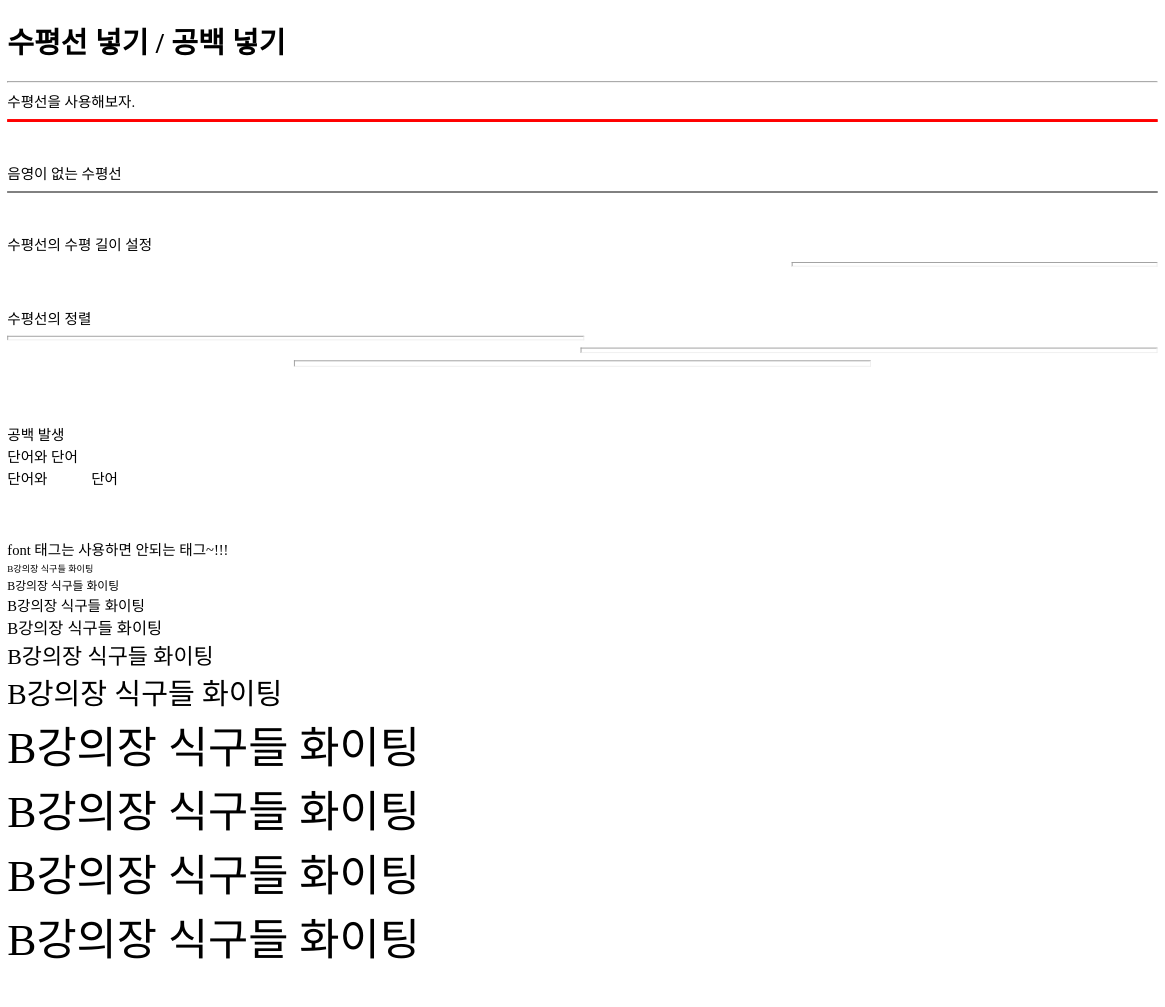
Repository: jp0301/WebStudy
Page: WebApp01/WebContent/Test006.html
These files come from the project's save history. The page is drawn as it stood at one moment and after the next save; the edit follows.
The browser window is 1280 px wide. The pictures show the whole page, at 91% of full size.

Above is the page before, as saved 2022-09-27 00:32:21.

### WebApp01/WebContent/Test006.html
<!DOCTYPE html>
<html>
<head>
<meta charset="UTF-8">
<title>Test006.html</title>
</head>
<body>

	<div>
		<h1>수평선 넣기 / 공백 넣기</h1>
		<hr>
	</div>

	<div>
		수평선을 사용해보자.
		<hr size ="3" align="left" color="red">
		<br><br>

		음영이 없는 수평선
		<hr size="2" noshade="noshade">
		<br><br>

		수평선의 수평 길이 설정
		<hr size="5" width="400" align="right">
		<br><br>

		수평선의 정렬
		<hr size="5" width="50%" align="left">
		<hr size="6" width="50%" align="right">
		<hr size="7" width="50%" align="center">
		<br><br>
	</div>
	<br>

	<div>
		공백 발생<br>
		단어와                                       단어<br>
		단어와&nbsp;&nbsp;&nbsp;&nbsp;&nbsp;&nbsp;&nbsp;&nbsp;&nbsp;&nbsp;&nbsp;&nbsp;단어<br>
		<br><br>
	</div>
	<br>

	<div>
		font 태그는 사용하면 안되는 태그~!!!<br>
		<font size="1">B강의장 식구들 화이팅</font><br>
		<font size="2">B강의장 식구들 화이팅</font><br>
		<font size="3">B강의장 식구들 화이팅</font><br>
		<font size="4">B강의장 식구들 화이팅</font><br>
		<font size="5">B강의장 식구들 화이팅</font><br>
		<font size="6">B강의장 식구들 화이팅</font><br>
		<font size="7">B강의장 식구들 화이팅</font><br>
		<font size="8">B강의장 식구들 화이팅</font><br>
		<font size="9">B강의장 식구들 화이팅</font><br>
		<font size="10">B강의장 식구들 화이팅</font><br>
		<br><br>



	</div>



</body>
</html>

After the next save:
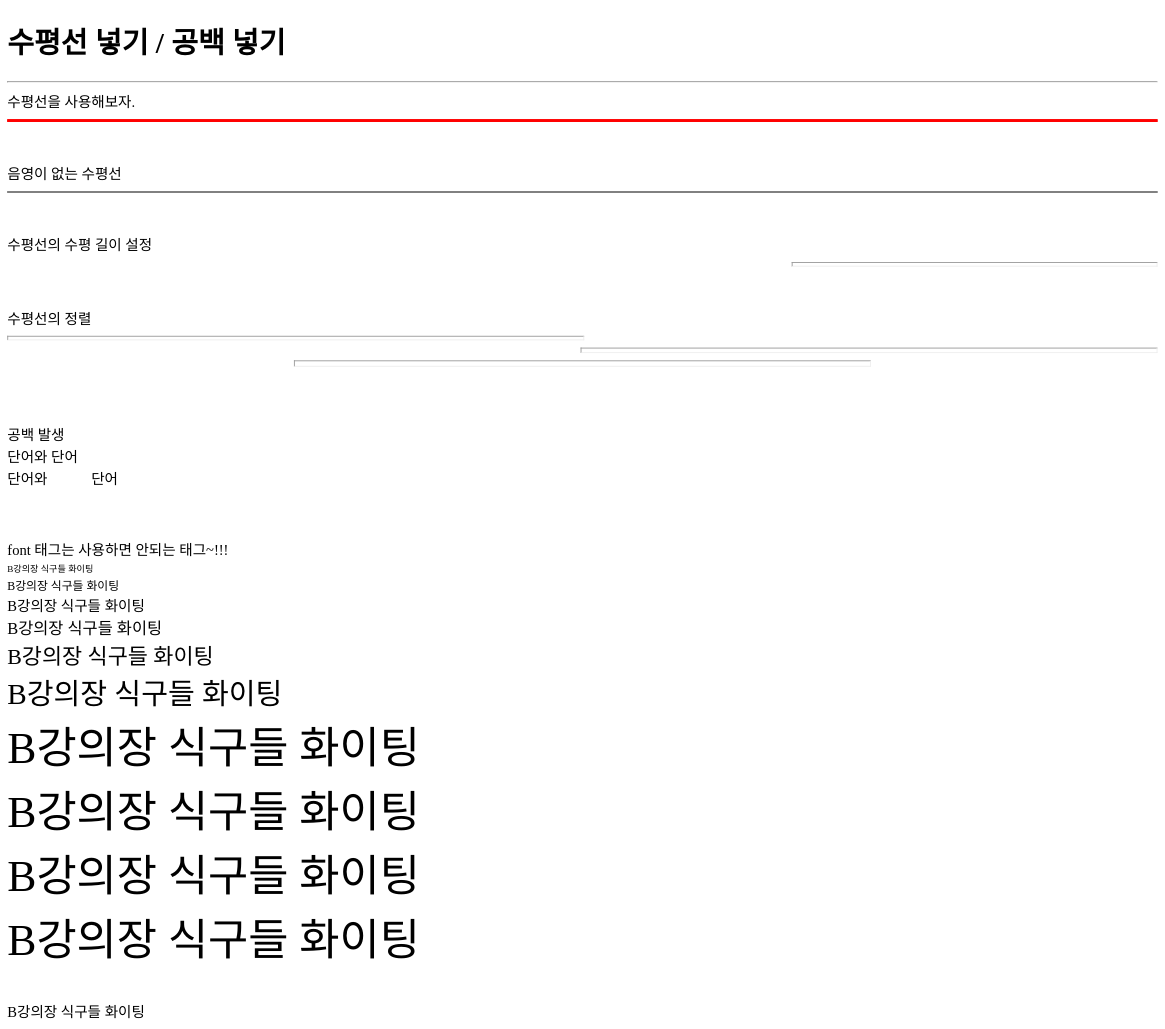
Saved 3 min 40 s later.
--- a/WebApp01/WebContent/Test006.html
+++ b/WebApp01/WebContent/Test006.html
@@ -49,12 +49,13 @@
 		<font size="5">B강의장 식구들 화이팅</font><br>
 		<font size="6">B강의장 식구들 화이팅</font><br>
 		<font size="7">B강의장 식구들 화이팅</font><br>
+
 		<font size="8">B강의장 식구들 화이팅</font><br>
 		<font size="9">B강의장 식구들 화이팅</font><br>
 		<font size="10">B강의장 식구들 화이팅</font><br>
 		<br><br>
 
-
+		<span>B강의장 식구들 화이팅</span><br>
 
 	</div>
 
